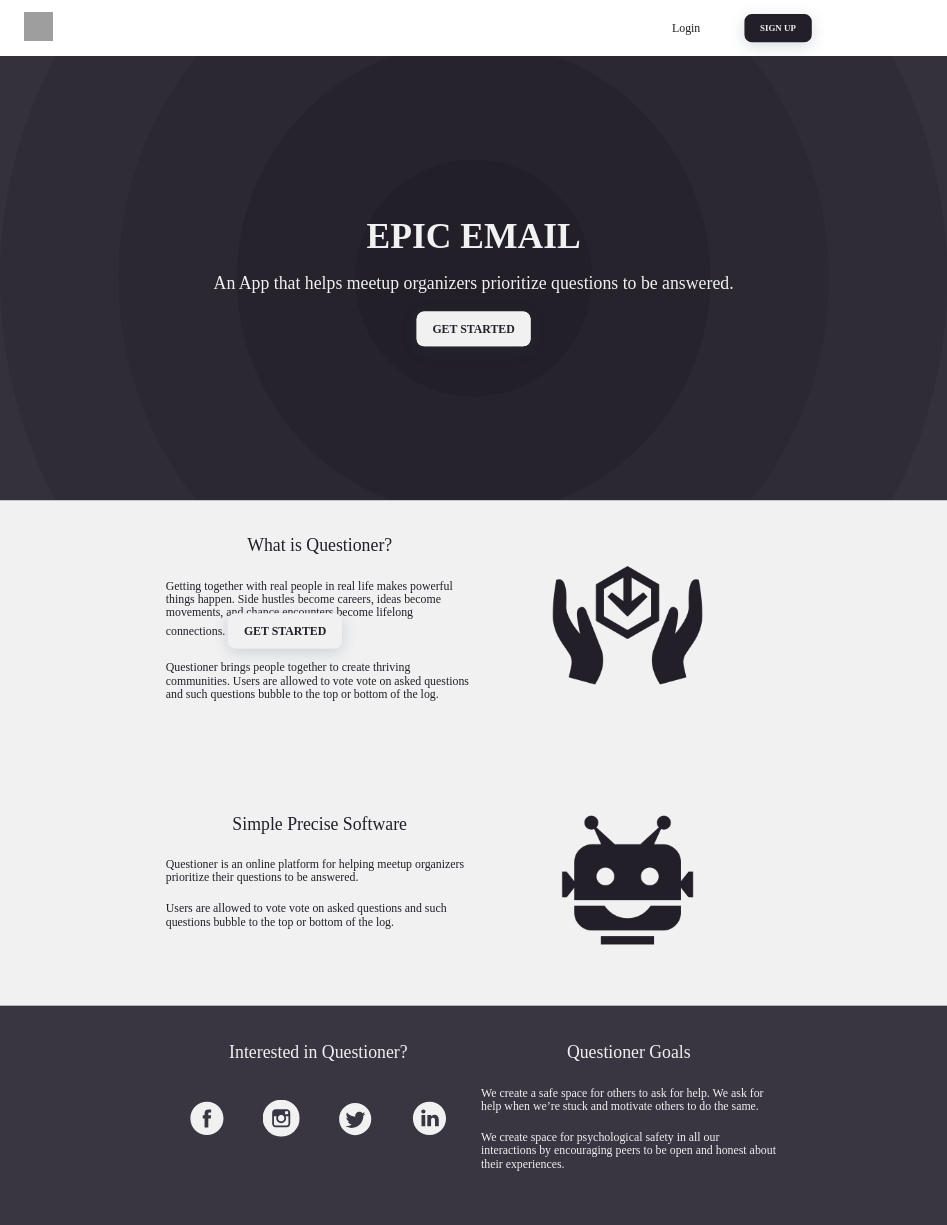
Repository: Gfreedoms/Epic-Mail
Page: index.html
These files come from the project's save history. The page is drawn as it stood at one moment and after the next save; the edit follows.
The browser window is 1280 px wide. The pictures show the whole page, at 74% of full size.
Pictures or frames that could not be fetched are drawn as grey boxes. Backgrounds fixed to the window are drawn as part of the page. Some web fonts or font styles are not loaded; a fallback is used.

Above is the page before, as saved 2019-02-24 22:35:21.

### index.html
<!DOCTYPE html>
<html lang="en">

<head>
	<meta charset="UTF-8">
	<meta name="viewport" content="width=device-width, initial-scale=1.0">
	<meta http-equiv="X-UA-Compatible" content="ie=edge">
	<link rel="apple-touch-icon" sizes="180x180" href="assets/favicon/apple-touch-icon.png">
	<link rel="icon" type="image/png" sizes="32x32" href="assets/favicon/favicon-32x32.png">
	<link rel="icon" type="image/png" sizes="16x16" href="assets/favicon/favicon-16x16.png">
	<link rel="manifest" href="assets/favicon/site.webmanifest">
	<link rel="mask-icon" href="assets/favicon/safari-pinned-tab.svg" color="#5bbad5">
	<meta name="msapplication-TileColor" content="#da532c">
	<meta name="theme-color" content="#ffffff">
	<link rel="stylesheet" href="./styles/base.css">
	<title>EPIC MAIL - ANDELA BOOTCAMP</title>
</head>

<body>
	<!-- Navigation Section Starts -->
	<section id="navigation">
		<nav class="navbar">
			<a href="" id="nav-brand">
				<img src="./assets/imgs/logo.png" alt="">
			</a>
			<ul class="nav-menu">
				<li class="visibility"><a class="hover-t" href="./pages/meetup.html">Meetups</a></li>
				<li class="visibility"><a class="hover-t" href="./pages/questions.html">Questions</a></li>
				<li><a class="hover-t" href="./pages/login.html">Login</a></li>
				<li><a class="reg-btn box-sh-dark hover-lg" href="./pages/register.html">Sign Up</a></li>
			</ul>
			<a id="menu" href="">
				<img src="./assets/imgs/menu.svg" alt="">
			</a>
		</nav>
	</section>
	<!-- Navigation Section Ends -->

	<!-- SideBar Nav -->
	<ul id="sidebar" class="navbar-side side-hidden">
		<li><a href="./pages/login.html">Login</a></li>
		<li><a href="./pages/register.html">Sign Up</a></li>
	</ul>
	<!-- End SideBar Nav -->
	<!-- Hero Section -->
	<section id="section-hero">
		<div class="hero-text container t-al">
			<h1 class="bg-text">EPIC EMAIL</h1>
			<h3 class="md-text">An App that helps meetup organizers prioritize
				questions to be answered.</h3>
			<a href="./pages/register.html" class="cta-btn box-sh-dark">Get Started</a>
		</div>
	</section>
	<!-- End Hero Section -->

	<section class="info-section">
		<div class="container">
			<div class="info-desc">
				<h3 class="md-text">What is Questioner?</h3>
				<p class="sm-text">
					Getting together with real people in real life makes powerful things happen. Side hustles become careers, ideas
					become movements, and chance encounters become lifelong connections.
					<a href="./pages/register.html" class="cta-btn box-sh-dark">Get Started</a>
				</p>
				<p class="sm-text">
					Questioner brings people together to create thriving communities.
					Users are allowed to vote vote on asked questions and such questions bubble to the top
					or bottom of the log.
				</p>
			</div>
			<div class="info-action">
				<img src="./assets/imgs/4023875-512.png" alt="">
			</div>

		</div>
	</section>



	<section class="info-expl">
		<div class="container">
			<div class="info-desc">
				<h3 class="md-text">Simple Precise Software</h3>
				<p class="sm-text">
					Questioner is an online platform for helping meetup organizers prioritize their
					questions to be answered.
				</p>
				<p class="sm-text">
					Users are allowed to vote vote on asked questions and such questions bubble to the top
					or bottom of the log.
				</p>
			</div>
			<div class="info-action">
				<img src="./assets/imgs/4014664-512.png" alt="">
			</div>
		</div>
	</section>

	<footer class="bg-secondary">
		<div class="container">
			<div class="info-about">
				<h3 class="md-text">Interested in Questioner?</h3>
				<div class="social-links">
					<a href="#!"><img src="./assets/imgs/icons/facebook.svg" alt=""></a>
					<a href="#!"><img src="./assets/imgs/icons/instagram.svg" alt=""></a>
					<a href="#!"><img src="./assets/imgs/icons/twitter.svg" alt=""></a>
					<a href="#!"><img src="./assets/imgs/icons/linkedin.svg" alt=""></a>
				</div>
			</div>
			<div class="additional-info">
				<h3 class="md-text">Questioner Goals</h3>
				<p class="sm-text">
					We create a safe space for others to ask for help.
					We ask for help when we’re stuck and motivate others to do the same.
				</p>
				<p class="sm-text">
					We create space for psychological safety in all our interactions by encouraging peers to be open and honest about
					their experiences.
				</p>
			</div>
		</div>
	</footer>
	<script src="./scripts/index.js"></script>
</body>

</html>

### styles/base.css
@import url('./fonts.css');

* {
	margin: 0;
	padding: 0;
	box-sizing: border-box;
}

a {
	color: #221F28;
	text-decoration: none;
}

#navigation {
	z-index: 1;
	background: #ffffff;
	/* background: #F1F1F2; */
	width: 100%;
	height: auto;
	padding: 1rem 2rem;
	box-shadow: 0 0 30px rgba(7, 51, 84, .17);
	-webkit-box-shadow: 0 0 30px rgba(7, 51, 84, .17);
	-moz-box-shadow: 0 0 30px rgba(7, 51, 84, .17);
}

#nav-brand img {
    height: 40px;
    width: 40px;
}

.navbar {
	display: grid;
	grid-template-columns: 20% 40%;
	grid-gap: 30%;
	align-items: center;
}

.navbar-side {
	height: 100%;
	background: #F1F1F2;
	position: absolute;
	z-index: 9999;
	width: 350px;
	/* box-shadow: 9px -1px 29px 1px; */
	box-shadow: 13px 0px 22px -10px rgba(35, 31, 41, 0.44);
	padding: 20px;
	list-style-type: none;
}

.navbar-side li {
	padding: 20px 10px;
}

.navbar-side li:hover {
	background: #221F28;
	color: #F1F1F2;
}

.navbar-side li:hover>a {
	color: #F1F1F2;
}

.navbar-side a {
	font-family: 'Circular-Book';
}

.navbar-side a:hover {
	color: #F1F1F2;
}

.side-hidden {
	margin-left: -390px;
	transition: all 0.3s ease-out;
}

.side-active {
	margin-left: 0px;
	transition: all 0.3s ease-in;
}

.nav-menu {
	list-style-type: none;
	display: flex;
	align-items: center;
}

.nav-menu li {
	justify-content: center;
	flex: auto;
	display: flex;
}

.nav-menu a {
	text-decoration: none;
}

.reg-btn {
	background: #221F28;
	color: #F1F1F2;
	padding: 0.8rem 1.2rem;
	line-height: 9px;
	font-weight: 600;
	text-transform: uppercase;
	font-size: 12px;
	border-radius: 10px;
	-webkit-border-radius: 10px;
	-moz-border-radius: 10px;
	display: block;
	transition: all .5s ease;
	-webkit-transition: all .5s ease;
	-moz-transition: all .5s ease;
	border: 2px solid #221F28;
}

.btn {
	background: #221F28;
	color: #F1F1F2;
	padding: 1.5rem 1rem;
	line-height: 9px;
	font-weight: 600;
	text-transform: uppercase;
	font-size: 1.5rem;
	border-radius: 10px;
	-webkit-border-radius: 10px;
	-moz-border-radius: 10px;
	display: block;
	transition: all .5s ease;
	-webkit-transition: all .5s ease;
	-moz-transition: all .5s ease;
	border: 2px solid #221F28;
	text-align: center;
}

.cta-btn {
	background: #F1F1F2;
	color: #221F28;
	font-family: 'Circular-Bold';
	margin: 2rem 0;
	padding: 0.8rem 1.2rem;
	line-height: 2rem;
	font-size: 2rem;
	font-weight: 600;
	text-transform: uppercase;
	font-size: 1rem;
	border-radius: 10px;
	-webkit-border-radius: 10px;
	-moz-border-radius: 10px;
	transition: all .5s ease;
	-webkit-transition: all .5s ease;
	-moz-transition: all .5s ease;
	border: 2px solid #F1F1F2;
}

.btn.sm {
	width: 40%
}

.box-sh-dark {
	-webkit-box-shadow: 0 5px 20px rgba(51, 73, 90, .2);
	box-shadow: 0 5px 20px rgba(51, 73, 90, .2);
}

#section-hero {
	padding-top: 130px;
	padding-bottom: 130px;
	background-color: #393541;
	background-image: url("data:[embedded picture, 478 characters]");
	background-attachment: fixed;
	background-size: cover;
	background-repeat: no-repeat;
	background-position: 50%;
	min-height: 600px;
	position: relative;
	width: 100%;
	display: flex;
	align-items: CENTER;
}

/* @media screen and (max-width:1680px) {} */

@media screen and (min-width: 1680px) {
	.rsvp span {
		padding: 1rem 1.4rem !important;
		color: white !important;
		border-radius: 6px !important;
		cursor: pointer !important;
	}

	.nav-menu a.hover-t {
		font-size: 1.7rem !important;
	}

	.meetups span {
		font-size: 1.4rem !important;
	}

	.m1 {
		margin-top: 3rem !important;
		margin-bottom: 0.6rem !important;
	}

	#section-hero {
		background-position: 50%;
	}

	.nav-menu a.hover-t {
		font-size: 1.3rem;
	}

	.nav-menu a {
		text-decoration: none;
		font-size: 1.1rem;
	}

	.reg-btn {
		padding: 1.5rem 1.6rem 1.5rem;
	}

	.bg-text {
		font-size: 4rem !important;
	}

	.md-text {
		font-size: 2.2rem !important;
		margin-bottom: 1rem !important;
	}

	.sm-text {
		font-size: 1.5rem !important;
	}
}

.container {
	width: 75%;
	margin: 0 auto;
}

.w-sm {
	width: 80% !important;
}

.w-md {
	width: 60% !important;
}

.w-lg {
	width: 40% !important;
}

.hero-text {
	height: 100%;
}

.bg-text,
.md-text,
.sm-text {
	color: #F1F1F2;
}

.bg-text {
	margin-bottom: 1.5rem;
	font-family: 'Circular-Bold';
	font-weight: 700;
	font-size: 3rem;
}

.md-text {
	margin-bottom: 2rem;
	font-family: 'Circular-Book';
	font-weight: 400;
	font-size: 1.5rem;
}

.sm-text {
	margin-bottom: 1.5rem;
	font-family: 'Circular-Light';
	font-weight: 400;
	font-size: 1rem;
}

.info-section,
.info-platform,
.info-expl {
	padding: 3rem 0;
	min-height: 50%;
}

.info-section,
.info-expl {
	background: #F1F1F2;
}

.info-platform {
	background: #C5CFD9;
}

.info-section .container,
.info-platform .container,
.info-expl .container {
	display: grid;
	grid-template-columns: 1fr 1fr;
	/* padding: 50px; */
}

.side {
	margin-top: 2rem;
	margin-bottom: 2rem;
	position: relative;
}

.info-section p,
.info-section h3,
.info-platform p,
.info-platform h3,
.info-expl p,
.info-expl h3 {
	color: #221F28;
}

.bg-primary {
	background: #221F28;
}

.bg-secondary {
	background: #393541;
}

.info-desc {
	flex: 1;
	align-items: center;
	display: flex;
	flex-direction: column;
	justify-content: center;
}

.info-action {
	text-align: center;
}

.card {
	border-radius: .45rem;
	background: #ffffff;
	box-shadow: 0 15px 30px 0 rgba(0, 0, 0, .11), 0 5px 15px 0 rgba(0, 0, 0, .08);
}

.card-lg {
	border-radius: .25rem;
	background: #ffffff;
	box-shadow: 0 15px 30px 0 rgba(0, 0, 0, .11), 0 5px 15px 0 rgba(0, 0, 0, .08);
}

.mauto {
	margin-left: auto;
	margin-right: auto;
}

.m4 {
	margin-top: 5rem;
	margin-bottom: 5rem;
}

.m3 {
	margin-top: 3rem;
	margin-bottom: 3rem;
}

.m2 {
	margin-top: 2rem;
	margin-bottom: 2rem;
}

.m1 {
	margin-top: 0.6rem;
	margin-bottom: 0.6rem;
}

.p4 {
	padding-top: 5rem;
	padding-bottom: 5rem;
}

.p3 {
	padding-top: 3rem;
	padding-bottom: 3rem;
}

.p2 {
	padding-top: 2rem;
	padding-bottom: 2rem;
}

.p1 {
	padding-top: 0.6rem;
	padding-bottom: 0.6rem;
}

.t-al {
	text-align: center !important;
}

form label {
	font-weight: 600;
	text-transform: uppercase;
	font-size: 0.8rem;
	font-family: 'Circular-Book';
}

form .reg-btn {
	text-align: center;
}

#login-form {
	width: 350px;
}

#login-form h3,
#q-wrapper h3 {
	color: #221F28;
	text-transform: uppercase;
	font-weight: 800;
	text-align: center;
	/* border-bottom: 4px solid #221F28; */
}

.input {
	display: grid;
	grid-template-columns: 1fr;
	margin-top: 10px;
}

.input input {
	padding-left: 1rem;
	padding-right: 1rem;
	font-family: 'Circular-Light';
	font-size: 0.8rem;
	border: 1px solid #C5CFD9;
	background: #ffffff;
}

.input textarea {
	padding-left: 1rem;
	padding-right: 1rem;
	font-family: 'Circular-Light';
	font-size: 0.8rem;
	border: 1px solid #C5CFD9;
	background: #ffffff;
}

.input select {
	border: 1px solid #C5CFD9;
	padding: 0.4rem 0.5rem;
	height: 2rem;
}

.b-rsm {
	border-radius: 8px;
}

#menu {
	display: none;
}

#menu img {
	height: 30px;
}

img {
	height: 15rem;
	width: auto;
}

footer {
	padding: 50px 10px;
}

footer .container {
	display: grid;
	grid-template-columns: 1fr 1fr;
	/* margin-bottom: 50px; */
	grid-gap: 20px;
}

footer h3 {
	/* padding-bottom: 1rem; */
	/* border-bottom: 4px solid #F1F1F2; */
	text-align: center;
}

.social-links {
	display: grid;
	grid-template-columns: 1fr 1fr 1fr 1fr;
	margin-top: 50px;
}

.social-links img {
	height: 50px;
}

.social-links a {
	text-align: center;
}

.info-about h3 {
	margin-bottom: 0 !important;
}

.b-danger {
	background: #F01D43 !important;
}

.b-mild {
	background: #80808094 !important;
	color: #ffffff !important;
}

.b-success {
	background: #00cea0 !important;
}

.b-wicked {
	background: #ff003b !important;
}

/*
.b-wicked {
	background: #6a1b9a !important;
} */

.header {
	display: grid;
	grid-template-columns: 1fr 1fr;
	align-items: center;
}

.hover-t:hover {
	color: purple;
}

.hover-lg:hover {
	cursor: pointer;
	transform: scale(1.009, 1.009);
	-webkit-box-shadow: 2px 2px 20px 0px rgba(128, 128, 128, 0.74);
	-moz-box-shadow: 2px 2px 20px 0px rgba(128, 128, 128, 0.74);
	box-shadow: 2px 2px 20px 0px rgba(128, 128, 128, 0.74);
	transition: all 0.8s cubic-bezier(0.165, 0.84, 0.44, 1);
}

.visibility {
	visibility: hidden;
}

/* MEDIA QUERIES */
@media all and (max-width: 850px) {
	.navbar {
		grid-template-columns: 20% 60%;
		grid-gap: 20%;
	}
}

@media all and (max-width: 850px) {
	.nav-menu {
		display: none;
	}

	#menu {
		display: block;
		text-align: right;
	}
}

@media all and (max-width: 1050px) {
	.navbar {
		grid-template-columns: 20% 60%;
		grid-gap: 20%;
	}
}

@media all and (max-width: 350px) {
	img {
		height: 12rem;
		width: auto;
	}

	.social-links img {
		height: 40px;
	}
}

@media all and (max-width: 670px) {
	.social-links {
		margin-top: 25px;
	}

	.info-about {
		margin-bottom: 25px;
	}

	.nav-menu {
		flex-wrap: wrap;
	}

	.nav-menu>li {
		flex-basis: 50%;
	}

	.info-section .container,
	.info-platform .container,
	.info-expl .container {
		grid-template-columns: 1fr;
	}

	footer .container {
		grid-template-columns: 1fr;
		grid-gap: 10px;
	}
}

@media all and (max-width: 400px) {
	.nav-menu>li {
		flex-basis: 100%;
	}

	.intro a {
		width: 100% !important;
	}

	.btn {
		background: #221F28;
		color: #F1F1F2;
		padding: 0.8rem 1rem;
		line-height: 9px;
		font-weight: 600;
		text-transform: uppercase;
		font-size: 1rem;
		border-radius: 10px;
	}
}

@media all and (min-width: 576px) {
	.hide-lg {
		display: none !important;
	}
}

@media all and (max-width: 576px) {
	.hide-sm {
		display: none !important;
	}
}

@media all and (max-width: 450px) {
	.container {
		width: 80%;
	}

	#login-form {
		width: auto;
	}
}

@media all and (max-width: 400px) {
	.hero-text {
		top: 40%;
		width: 70%;
		left: 10%;
	}

	.md-text {
		font-family: 'Circular-Book';
		margin-bottom: 1rem;
		font-weight: 100;
		font-size: 1.2rem;
	}

	form label {
		font-family: 'Circular-Light';
	}

	.f-bold {
		font-family: 'Circular-Book' !important;
	}

	.bg-text {
		margin-bottom: 1.3rem;
		font-family: 'Circular-Book';
		font-weight: 400;
		font-size: 2rem;
	}

	.cta-btn {
		font-size: 0.7rem;
		padding: 0.4rem 1rem;
	}
}

@media (min-width: 576px) {
	.w-auto {
		width: 75% !important;
	}

	.container {
		width: 85%;
	}
}

@media (min-width: 768px) {
	.w-auto {
		width: 40% !important;
	}

	.container {
		width: 85%;
	}
}

@media (min-width: 992px) {
	.w-auto {
		width: 35% !important;
	}

	.container {
		width: 70%;
	}
}

@media (min-width: 1200px) {
	.w-auto {
		width: 40% !important;
	}

	.container {
		width: 65%;
	}
}

/* END MEDIA QUERIES */

### scripts/index.js
(function () {
  function togggleSidebar(e) {
    e.preventDefault();
    const sideBar = document.getElementById('sidebar');
    sideBar.classList.toggle('side-active');
    sideBar.classList.toggle('side-hidden');
  }
  const menu = document.getElementById('menu');
  menu.addEventListener('click', togggleSidebar, false);
}());

### styles/fonts.css
@font-face {
	font-family: "Circular-Light";
	src:
		url("../assets/fonts/Circular-Light.woff") format("woff");
}
@font-face {
	font-family: "Circular-Book";
	src:
		url("../assets/fonts/Circular-Book.woff") format("woff");
}
@font-face {
	font-family: "Circular-Bold";
	src:
		url("../assets/fonts/Circular-Bold.woff") format("woff");
}

* {
	font-family: 'Circular-Light';
}

After the next save:
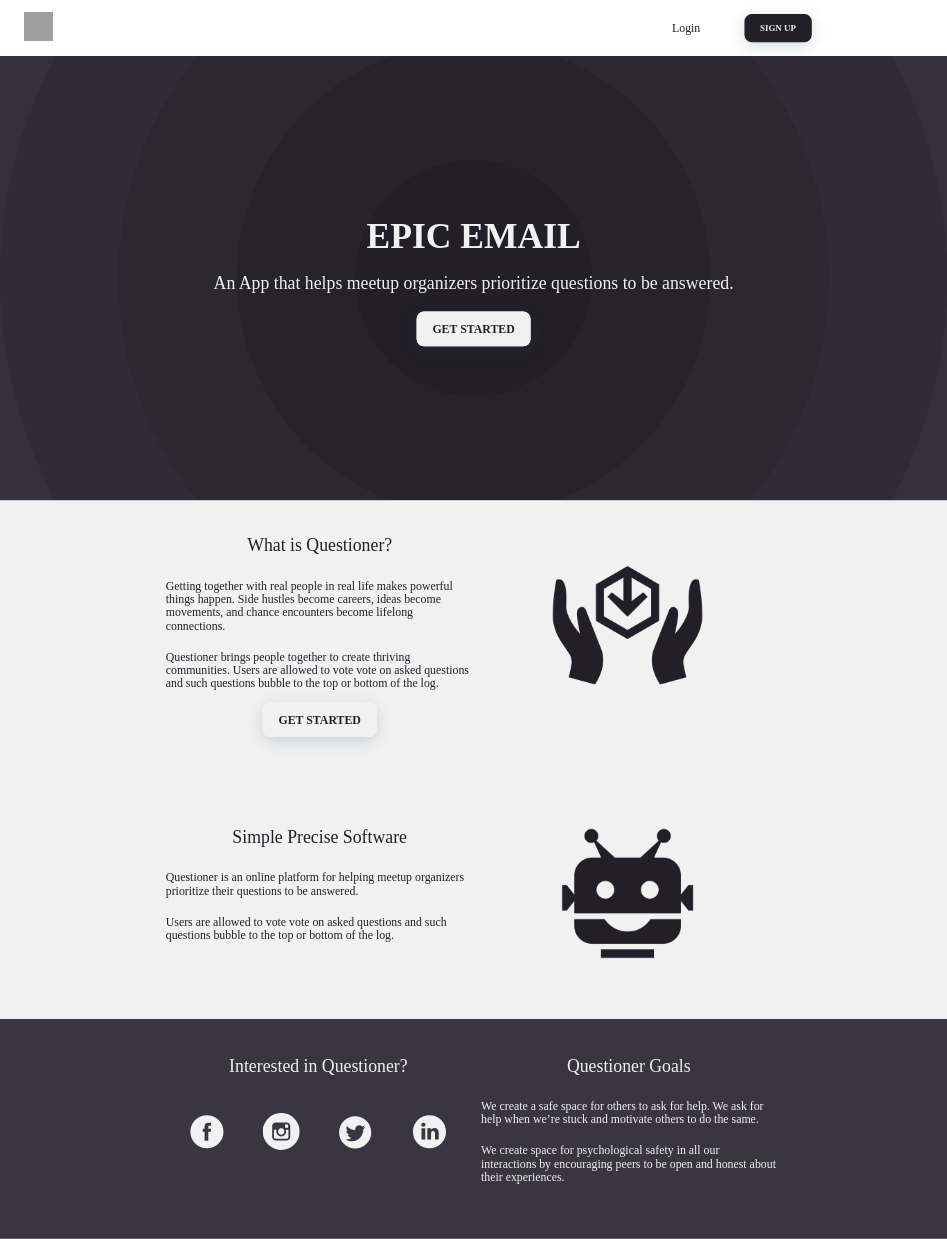
Saved 96 s later.
--- a/index.html
+++ b/index.html
@@ -60,12 +60,15 @@
 				<p class="sm-text">
 					Getting together with real people in real life makes powerful things happen. Side hustles become careers, ideas
 					become movements, and chance encounters become lifelong connections.
-					<a href="./pages/register.html" class="cta-btn box-sh-dark">Get Started</a>
+
 				</p>
 				<p class="sm-text">
 					Questioner brings people together to create thriving communities.
 					Users are allowed to vote vote on asked questions and such questions bubble to the top
 					or bottom of the log.
+				</p>
+				<p>
+					<a href="./pages/register.html" class="cta-btn box-sh-dark">Get Started</a>
 				</p>
 			</div>
 			<div class="info-action">
